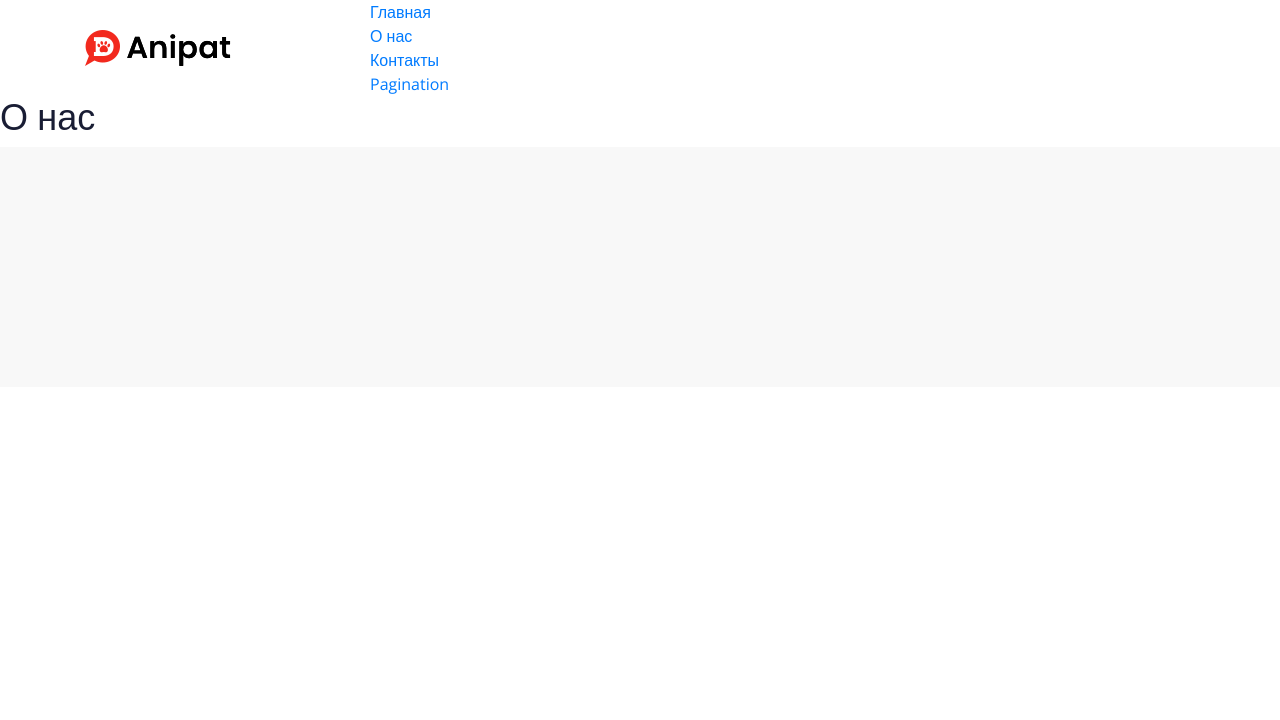
Repository: ssezmar/php...
Page: http://localhost/lab2/about.php
The author's editor kept a copy of each file at every save. The page is drawn from the files as they stood at one save, then again after the next save.
The browser window is 1280 px wide. The pictures show the whole page.
The page is run by PHP 8.4 with error messages shown; the project is at /var/www/html/.

Above is the page before, as saved 2025-09-17 12:32:57.

After the next save:
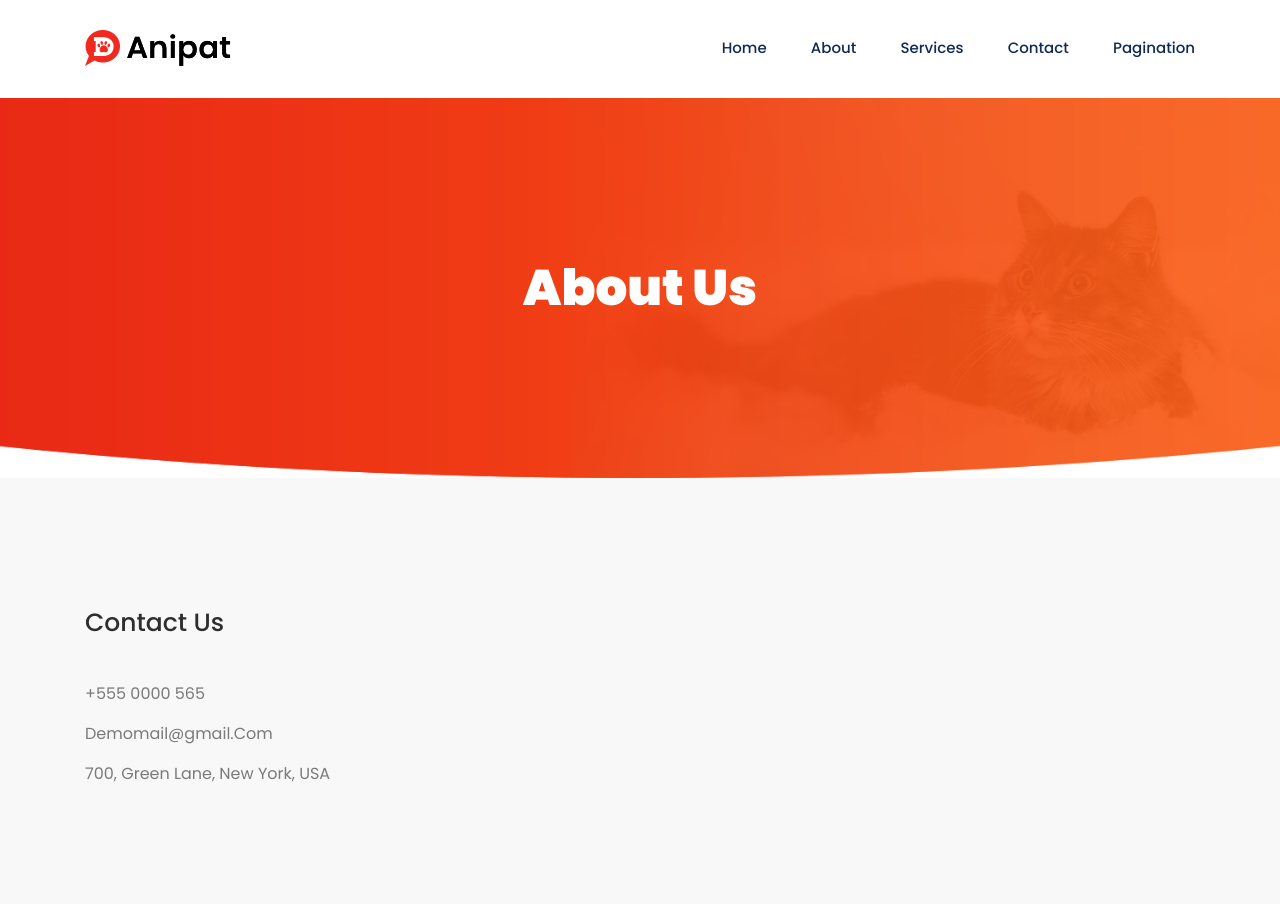
Console error: TypeError: $(...).find(...).ajaxChimp is not a function
Saved 64 s later.
--- a/public_html/lab2/about.php
+++ b/public_html/lab2/about.php
@@ -1,3 +1,33 @@
-<?php include "header.php"; ?>
-<h1>О нас</h1>
-<?php include "footer.php"; ?>
+<?php
+$pageTitle = "About Us - Animal";
+
+// Общая шапка сайта (head, open <body>, открытие header)
+include "includes/header.php";
+
+// Topmenu по условию включается только на главной и странице контактов, поэтому здесь его НЕ подключаем:
+// if (basename($_SERVER['PHP_SELF']) === 'index.php' || basename($_SERVER['PHP_SELF']) === 'contact.php') {
+//     include "includes/topmenu.php";
+// }
+
+// Подключаем главное меню (из массива)
+include "includes/menu.php";
+?>
+
+<!-- bradcam_area_start -->
+<div class="bradcam_area breadcam_bg">
+    <div class="container">
+        <div class="row">
+            <div class="col-lg-12">
+                <div class="bradcam_text text-center">
+                    <h3>About Us</h3>
+                </div>
+            </div>
+        </div>
+    </div>
+</div>
+<!-- bradcam_area_end -->
+
+<?php
+// Общий подвал сайта (footer, скрипты)
+include "includes/footer.php";
+?>
